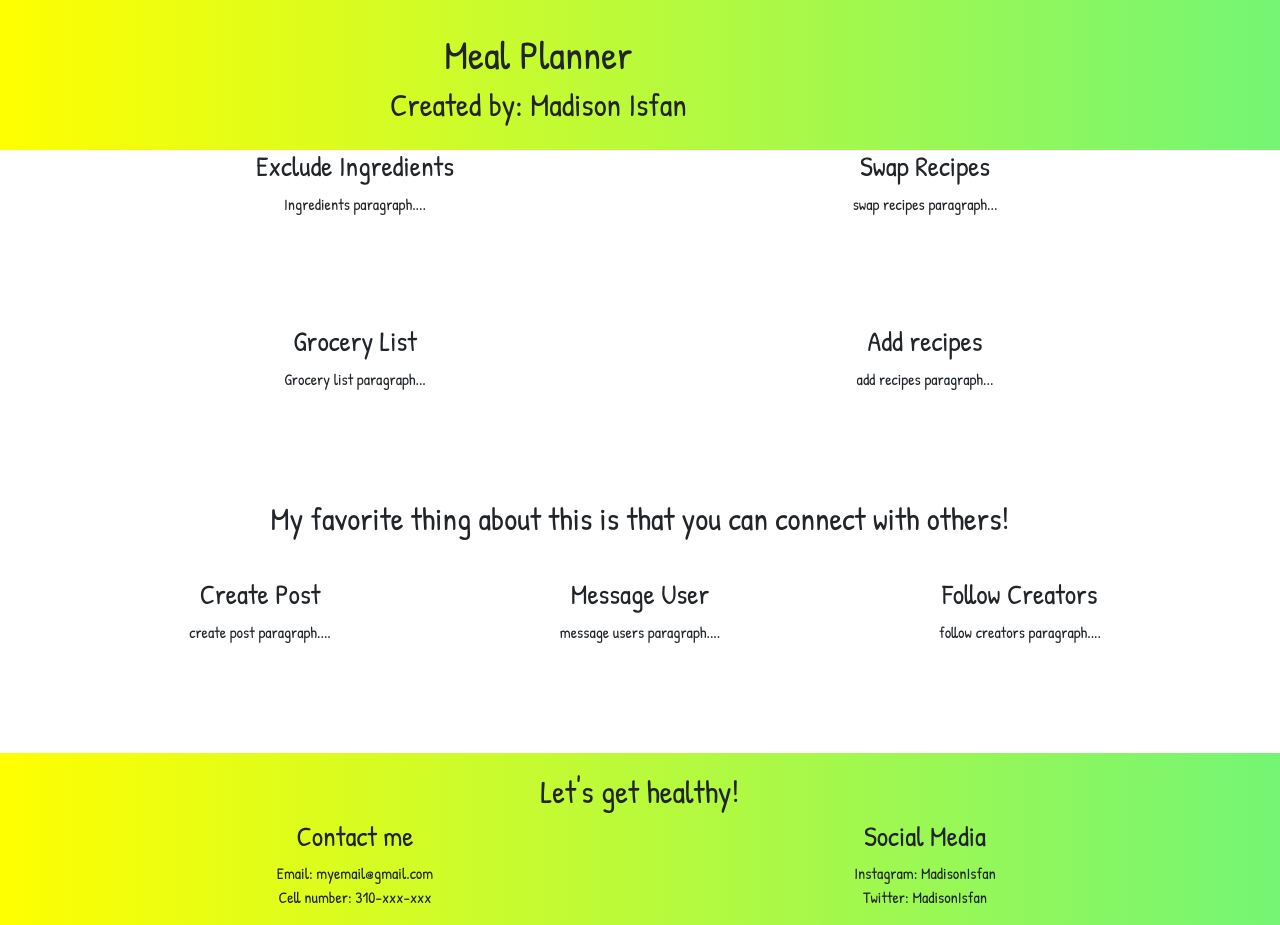
Repository: madisonisfan/Meal-Planner
Page: index.html
An editor plug-in stored every save of this project. The page is shown before and after the next save, followed by the edit.
The browser window is 1280 px wide. The pictures show the whole page.
Some web libraries are served in a nearby version.

Above is the page before, as saved 2021-02-19 10:32:20.

### index.html
<!DOCTYPE html>
<head>

    <meta charset="utf-8"/>
    <meta name="viewport" content="width=device-width, initial-scale=1"/>

    <link rel="stylesheet" href="node_modules/bootstrap/dist/css/bootstrap.min.css" />

    <link rel="stylesheet" href="https://fonts.googleapis.com/css?family=Indie+Flower|Patrick+Hand" />
    <link rel="stylesheet" href="css/styles.css"/>
    <title> Meal Planner </title>
</head>

<body>

    <header class="jumbotron">
        <div class="container-fluid">
            <div class="row align-self-center"  >
                <div class="col-10 text-center">
                    <h1>Meal Planner</h1>
                    <h2>Created by: Madison Isfan</h2>
                </div>
                <!--
                <div class="col text-right ">
                    <img src="healthySymbolSc.jpg">
                </div> -->
            </div>
        </div>

    </header>

    <div class="container ">
        <div class="row row-content">
            <div class="col-12 text-center col-md">
                <h3>Exclude Ingredients</h3>
                <p>Ingredients paragraph....</p>
            </div>
            <div class="col-12 text-center col-md">
                <h3>Swap Recipes</h3>
                <p >swap recipes paragraph...</p>
            </div>
        </div>

        <div class="row row-content ">
            <div class="col-12 text-center col-md">
                <h3>Grocery List</h3>
                <p>Grocery list paragraph...</p>
            </div>
            <div class="col-12 text-center col-md">
                <h3>Add recipes</h3>
                <p>add recipes paragraph...</p>
            </div>
        </div>

    </div> <!--End of container-->

    <div class="container">
        <div class="row align-items-start">
            <div class="col ">
                <h2 class=" extra-header text-center">My favorite thing about this is that you can connect with others!</h2>
            </div>
        </div>
        <div class="row row-content align-items-start justify-content-center" >
            <div class="col-12 text-center col-md">
                <h3>Create Post</h3>
                <p>create post paragraph....</p>

            </div>
            <div class="col-12 text-center col-md">
                <h3>Message User</h3>
                <p>message users paragraph....</p>
            </div>
            <div class="col-12 text-center col-md">
                <h3>Follow Creators</h3>
                <p>follow creators paragraph....</p>
            </div>

        </div>

    </div>

    <footer>
        <div class="container">
            <div class="row">
                <div class ="col">
                    <h2 class="text-center"> Let's get healthy! </h2>
                </div>
            </div>

            <div class="row">
                <div class="col-12 text-center col-md">
                    <h3 >Contact me</h3>
                    <ul class="list-unstyled">
                        <li>Email: myemail@gmail.com</li>
                        <li>Cell number: 310-xxx-xxx</li>
                    </ul>

                </div>
                <div class="col-12 text-center col-md">
                    <h3 >Social Media</h3>
                    <ul class="list-unstyled">
                        <li>Instagram: MadisonIsfan</li>
                        <li>Twitter: MadisonIsfan</li>
                    </ul>

                </div>
            </div>
        </div>
    </footer>


    <script src="node_modules/jquery/dist/jquery.slim.min.js"></script>
    <script src="node_modules/popper.js/dist/umd/popper.min.js"></script>
    <script src="node_modules/bootstrap/dist/js/bootstrap.min.js"></script>
</body>


</html>

### css/styles.css
header {
  padding: 20px;
  height: 150px;
}
body {
  font-family: "Patrick Hand";
}

footer {
  background-image: linear-gradient(to right, yellow, rgb(116, 245, 116));
  padding-top: 20px;
}

img {
  width: 75px;
}

.row-content {
  min-height: 175px;
}

.jumbotron {
  padding: 30px;
  background-image: linear-gradient(to right, yellow, rgb(116, 245, 116));
}

.extra-header {
  margin-bottom: 40px;
}

After the next save:
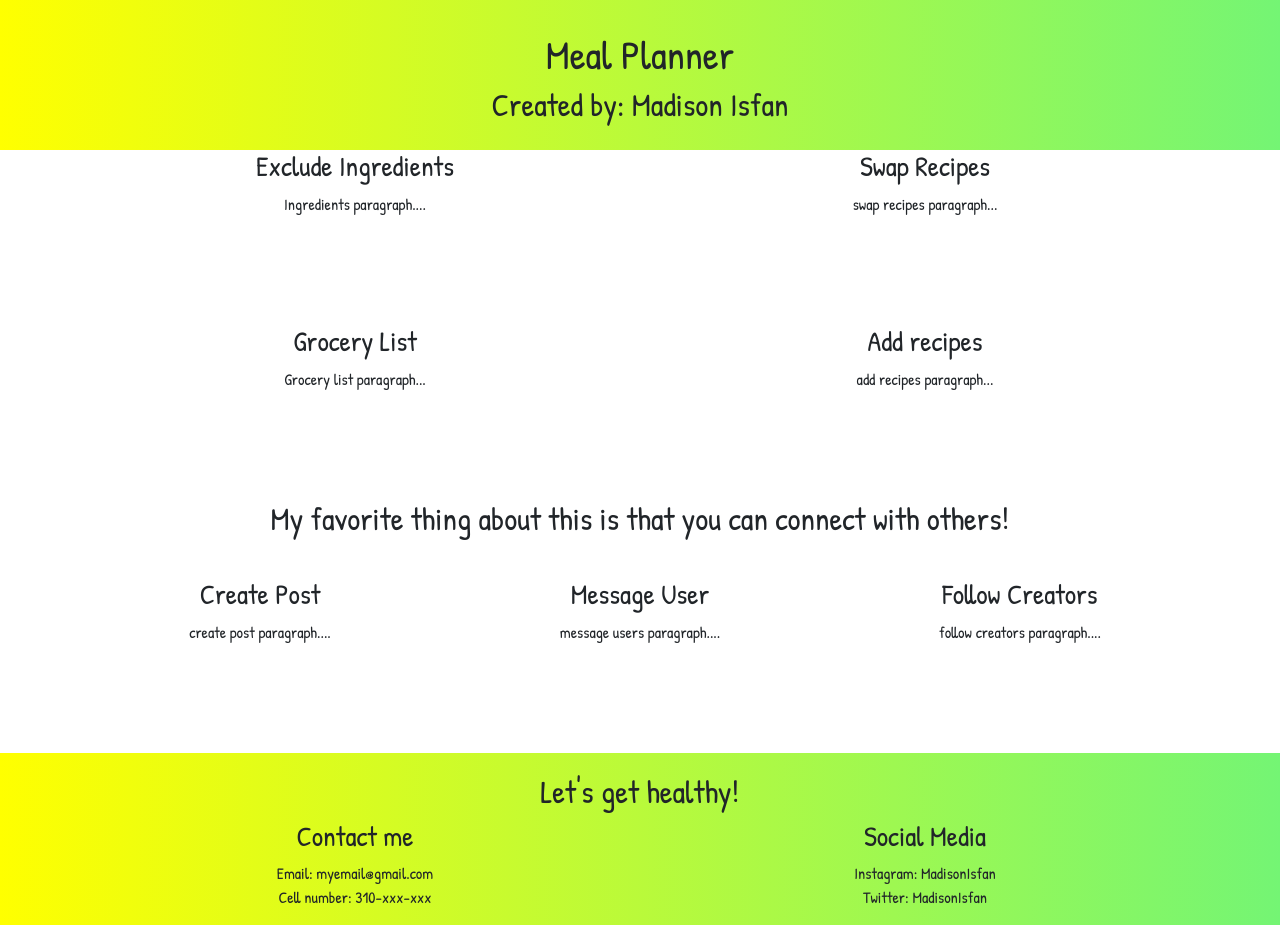
Saved 65 s later.
--- a/index.html
+++ b/index.html
@@ -16,7 +16,7 @@
     <header class="jumbotron">
         <div class="container-fluid">
             <div class="row align-self-center"  >
-                <div class="col-10 text-center">
+                <div class="text-center">
                     <h1>Meal Planner</h1>
                     <h2>Created by: Madison Isfan</h2>
                 </div>
